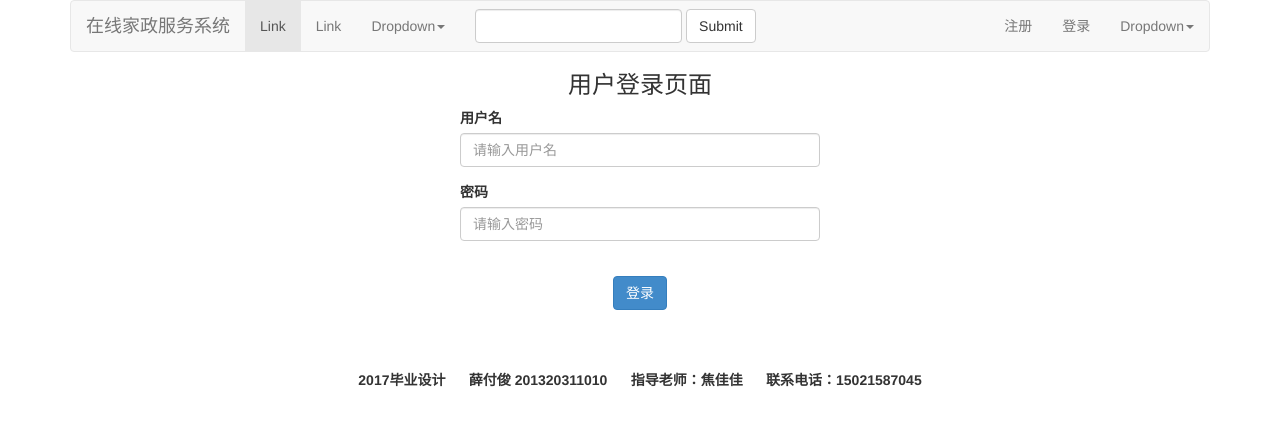
Repository: ELeonCXFJ/MyEclipseWS
Page: http://localhost/MyWeb/jsps/user/login.jsp
The author's editor kept a copy of each file at every save. The page is drawn from the files as they stood at one save, then again after a run of saves.
The browser window is 1280 px wide. The pictures show the whole page.
The page is served by Tomcat 9. Nobody is signed in. The application's start-up code is not run.

Above is the page before, as saved 2017-03-17 04:20:41.
Console error: TypeError: $(...).bootstrapValidator is not a function

After the next 2 saves:
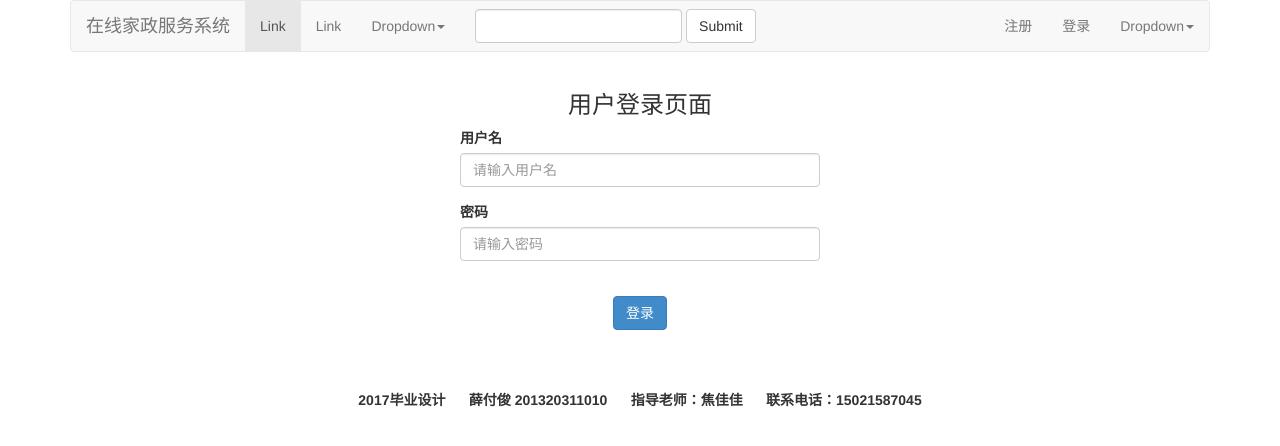
The 2 saves are shown as one change because they came seconds apart.
The last was saved 25 s later.
--- a/MyWeb/WebRoot/top.jsp
+++ b/MyWeb/WebRoot/top.jsp
@@ -86,4 +86,7 @@
 					</ul>
 				</div>
 			</nav>
-			</div>
+		</div>
+	</div>
+</div>
+</body>
